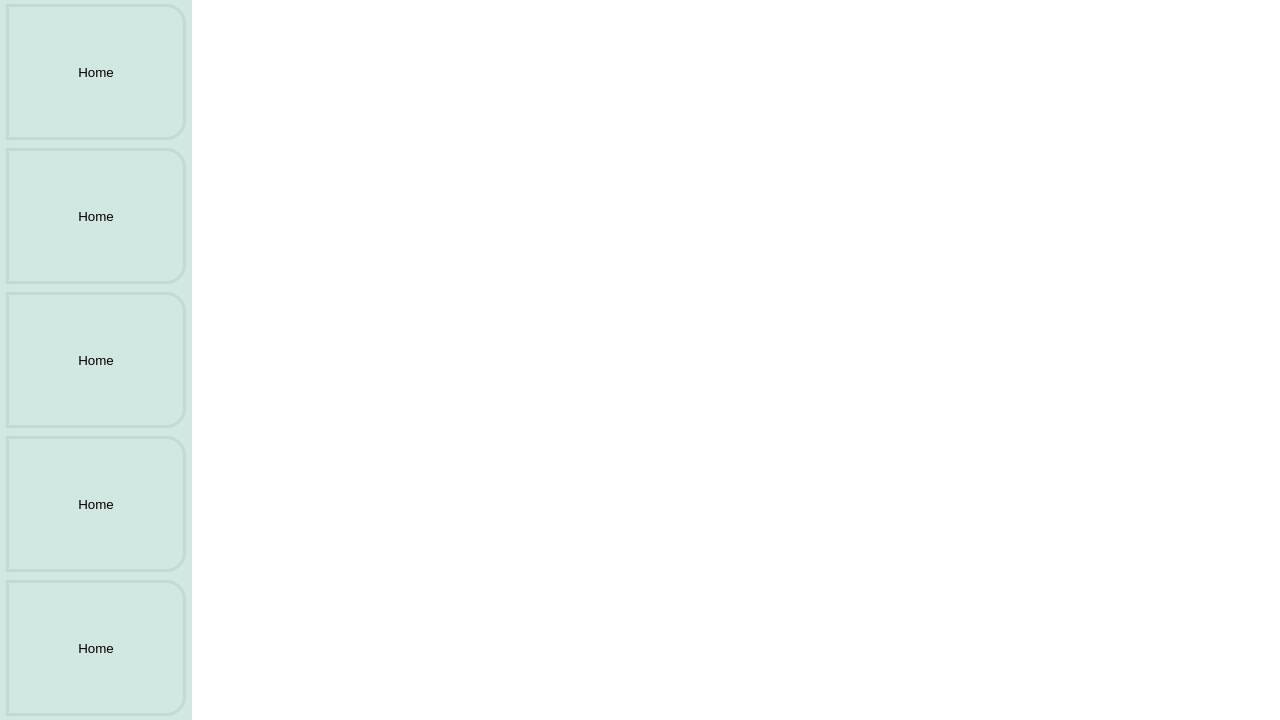
Repository: Tahaa2t/Researchers
Page: /
These files come from the project's save history. The page is drawn as it stood at one moment and after the next save; the edit follows.
The browser window is 1280 px wide. The pictures show the whole page.
The project was rebuilt for these pictures with package versions that can differ from the ones it lists, and the page was loaded fresh each time. Also part of the build but not shown: src/Components/loginform.js, src/Components/HomePage.js.

Above is the page before, as saved 2023-07-05 22:27:33.

### src/App.js
import { BrowserRouter, Routes, Route } from "react-router-dom";
import "./App.css"
import LoginForm from "./Components/loginform"
import HomePage from "./Components/HomePage";
import Navbar from "./Components/Navbar";

// color pallet
// #3aa6b9
// #D0E8E1
// #348472


function App() {



  return (
    <div className="App">

      {/* <LoginForm /> */}
      <Navbar />
      {/* <BrowserRouter>
        <Routes>
          <Route path="/" Component={<LoginForm />} />
          <Route path="/home" Component={<HomePage />} />
        </Routes>
      </BrowserRouter> */}
    </div>
  );
}

export default App;

### src/Components/Navbar.js
import React, { useState } from "react";
import { useNavigate } from 'react-router-dom';
import axios from 'axios';
import "./css/navbarstyle.scss";

const Navbar = () => {
  return (
    <div className="navbar-boundry">
      <nav className="nav-setting">
        <button className="btn home-btn" href="/#">
          Home
        </button>
        <button className="btn home-btn" href="/#">
          Home
        </button>
        <button className="btn home-btn" href="/#">
          Home
        </button>
        <button className="btn home-btn" href="/#">
          Home
        </button>
        <button className="btn home-btn" href="/#">
          Home
        </button>


      </nav>





    </div>
  )
}

export default Navbar

### src/Components/css/loginstyle.css
@import url('https://fonts.googleapis.com/css?family=Josefin+Sans');


/* notes

---centering something---
display: flex;
  justify-content: center;
  align-items: center;



--- neechay ya uper se qareeb krna ho tou---
.check-btn {
  position: relative;
  bottom: 3em;
}
*/


* {
  margin: 0;
  box-sizing: border-box;
}

.page {
  background-color: #3aa6b9;
  height: 100vh;
  width: 100%;
  display: flex;
  justify-content: space-around;
  align-items: center;
  font-family: 'Josefin Sans', cursive;
}

.cover {
  background-image: linear-gradient(#D0E8E1, rgba(178, 209, 233, 0));
  width: 50%;
  min-width: 240px;
  max-width: 800px;
  height: 620px;
  position: fixed;
  border-radius: 0.5em;
  display: flex;
  flex: 1 1 200;
  flex-direction: column;
  align-items: center;
  justify-content: space-evenly;
  flex-wrap: wrap;
}

h1 {
  color: rgb(3, 45, 77);
  display: flex;
  flex-wrap: wrap;
}

.user-input {

  display: flex;
  /* flex-direction: column; */
  justify-content: space-evenly;
  width: 80%;
  height: 10%;
  flex-wrap: wrap;
  /* background-color: green; */
}
input[type=text]{
  background-color: rgba(0,0,0,0);
  border-color: #348472;
  border-radius: 8px 8px 8px 8px;
  border-width: 10%;
  border-style: solid;
  display: flex;
  justify-content: space-evenly;
  margin: 8px;
  /* outline-color: rgb(6, 106, 183); */
  height: 44px;
  width: 240px;
  /* bottom: -1.5em; */
}


input[type=password]{
  background-color: rgba(0,0,0,0);
  border-color: #348472;
  border-radius: 8px 8px 8px 8px;
  border-width: 10%;
  border-style: solid;
  display: flex;
  justify-content: space-evenly;
  margin: 8px;
  /* outline-color: rgb(6, 106, 183); */
  height: 44px;
  width: 240px;
  /* position: relative;
  top: -1.5em; */
}

input:focus {
  background-color: #348472;
  opacity: 50%;
}

.line{
  text-decoration: underline;
  color: black;
}

.login-btn {
  appearance: none;
  background-color: rgba(0,0,0,0);
  border-width: 0;
  box-sizing: border-box;
  color: black;
  cursor: pointer;
  display: inline-block;
  font-family: Clarkson,Helvetica,sans-serif;
  font-size: 14px;
  font-weight: 500;
  letter-spacing: 0;
  line-height: 1em;
  margin: 0;
  opacity: 1;
  outline: 0;
  padding: 1.5em 2.2em;
  position: relative;
  text-align: center;
  text-decoration: none;
  text-rendering: geometricprecision;
  text-transform: uppercase;
  transition: opacity 300ms cubic-bezier(.694, 0, 0.335, 1),background-color 100ms cubic-bezier(.694, 0, 0.335, 1),color 100ms cubic-bezier(.694, 0, 0.335, 1);
  user-select: none;
  -webkit-user-select: none;
  touch-action: manipulation;
  vertical-align: baseline;
  white-space: nowrap;
  display: flex;
  justify-content: center;
  align-items: center;
}

.login-btn:before {
  animation: opacityFallbackOut .5s step-end forwards;
  backface-visibility: hidden;
  background-color: #348472;
  opacity: 50%;
  clip-path: polygon(-1% 0, 0 0, -25% 100%, -1% 100%);
  content: "";
  height: 100%;
  left: 0;
  position: absolute;
  top: 0;
  transform: translateZ(0);
  transition: clip-path .5s cubic-bezier(.165, 0.84, 0.44, 1), -webkit-clip-path .5s cubic-bezier(.165, 0.84, 0.44, 1);
  width: 100%;
}

.login-btn:hover:before {
  animation: opacityFallbackIn 0s step-start forwards;
  clip-path: polygon(0 0, 101% 0, 101% 101%, 0 101%);
}

.login-btn:after {
  background-color: #FFFFFF;
}

.login-btn span {
  z-index: 1;
  position: relative;
}


.check-btn input {
  display:inline-block;
  margin-right:10px;
}
.check-btn p {
  display:inline-block;
}



/* use state */
.hide {
  display: none;
}

.login-popup {
  position: absolute;
  width: 40em;
  height: 35em;
  display: flex;
  flex-direction: column;
  align-items: center;
  justify-content: center;
  border-radius: 0.25em;
  outline-color: rgb(3, 58, 101);
  background-color: rgba(0,0,0,0);
  backdrop-filter: blur(5px);
  /* color: rgb(3, 58, 101); */
  bottom: 0;
  transform: scale(1);
  transform: 1.5s;
}

### src/Components/css/navbarstyle.scss

$Background-color: #D0E8E1;
$Button-border-color: #c1dad4;
$Button-hover-color: #368775;

// $hover-color:

* {
  margin: 0;
  box-sizing: border-box;
}

nav {
  width: 15%;
  height: 100%;
  background-color: $Background-color;
  display: flex;
  justify-content: center;
  align-items: center;
  flex-direction: column;
  position: fixed;
}
.btn {
  background-color: transparent;
  width: 94%;
  text-align: center;
  border-radius: 0px 20px 20px 0px;
  border: 3px solid $Button-border-color;
  margin: 4px;
  display: flex;
  flex: 1;
  justify-content: center;
  align-items: center;
  transition: 0.5s;
}

.btn:hover {
  box-shadow: inset 17em 0 0 0 $Button-hover-color;
  transition: 0.5s;
  color: $Background-color;
}

Loaded but not shown: public/index.html (common file); src/index.js (common file); src/reportWebVitals.js (common file); src/App.css (common file)

After the next save:
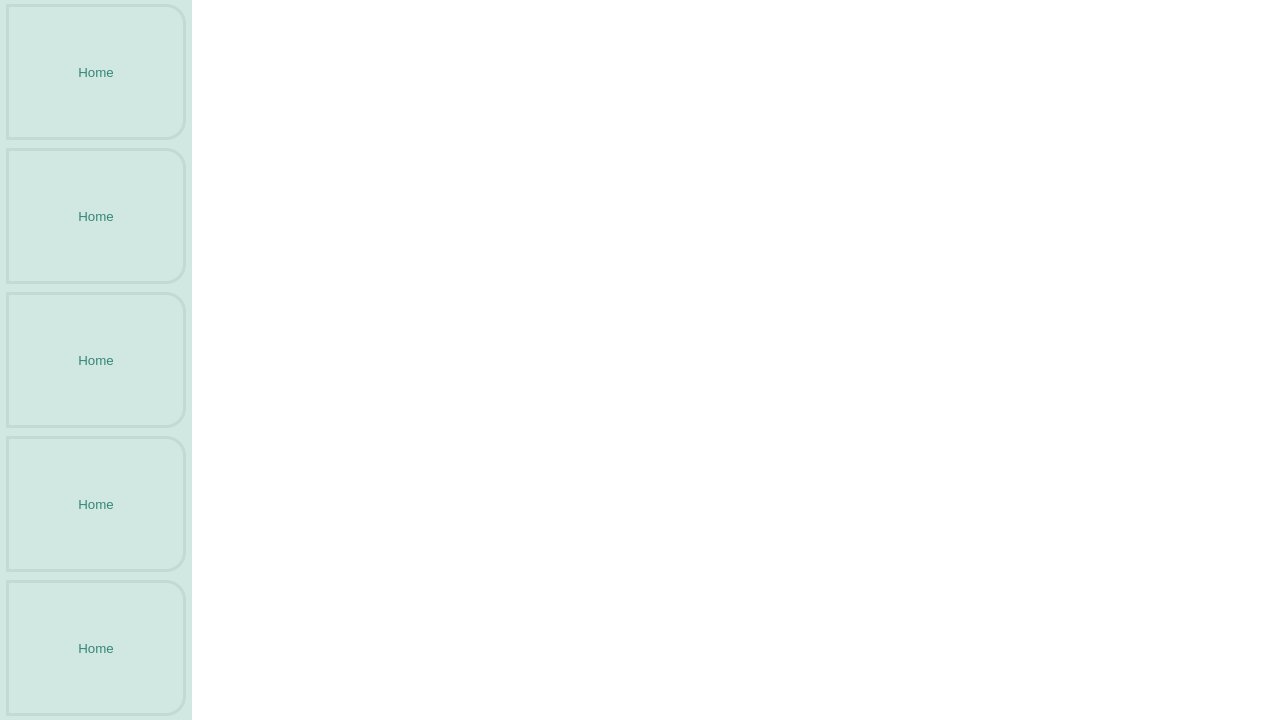
Saved 24 s later.
--- a/src/Components/css/navbarstyle.scss
+++ b/src/Components/css/navbarstyle.scss
@@ -22,6 +22,7 @@ nav {
 }
 .btn {
   background-color: transparent;
+  color: $Button-hover-color;
   width: 94%;
   text-align: center;
   border-radius: 0px 20px 20px 0px;
